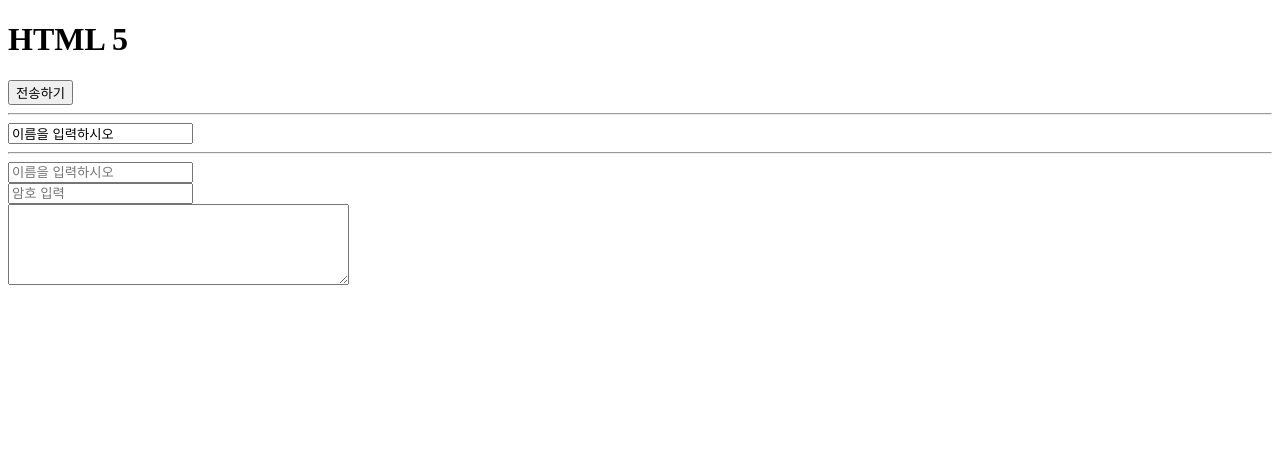
Repository: seula123/Front-End
Page: ClientTest/src/main/webapp/html/ex19.html
These files come from the project's save history. The page is drawn as it stood at one moment and after the next save; the edit follows.
The browser window is 1280 px wide. The pictures show the whole page.

Above is the page before, as saved 2023-09-21 08:12:02.

### ClientTest/src/main/webapp/html/ex19.html
<!DOCTYPE html>
<html>
<head>
<meta charset="UTF-8">
<title>Insert title here</title>
</head>
<body>

	<!-- ex19.html -->
	<h1>HTML 5</h1>

	<form method = "POST" action = "ex18_server.jsp">

		<input type = "submit" value="전송하기">
		<hr>
		<input type = "text" value="이름을 입력하시오"
		onfocus = "this.value = '';">

		<hr>

		<input type = "text" placeholder = "이름을 입력하시오">
		<br>
		<input type = "password" placeholder = "암호 입력">
		<br>
		<textarea cols ="40" rows ="5" placeholder = "자기소개">

		</textarea>

	</form>








</body>
</html>

After the next save:
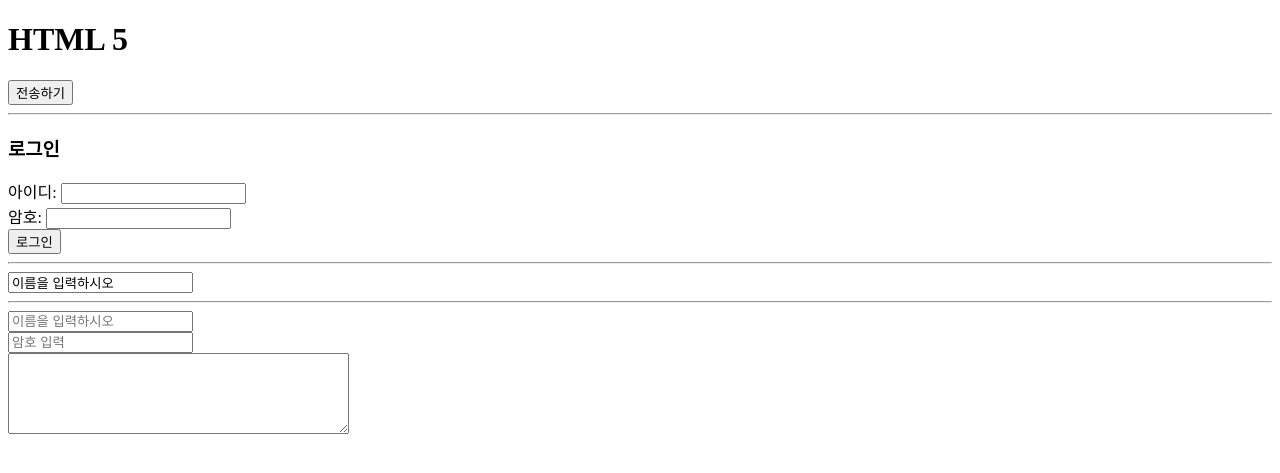
Saved 85 s later.
--- a/ClientTest/src/main/webapp/html/ex19.html
+++ b/ClientTest/src/main/webapp/html/ex19.html
@@ -13,6 +13,13 @@
 
 		<input type = "submit" value="전송하기">
 		<hr>
+
+			<h3>로그인</h3>
+				아이디: <input type = "text"><br>
+				암호: <input type = "password"><br>
+				<input type = "submit" value = "로그인">
+
+		<hr>
 		<input type = "text" value="이름을 입력하시오"
 		onfocus = "this.value = '';">
 
@@ -23,6 +30,8 @@
 		<input type = "password" placeholder = "암호 입력">
 		<br>
 		<textarea cols ="40" rows ="5" placeholder = "자기소개">
+
+
 
 		</textarea>
 
